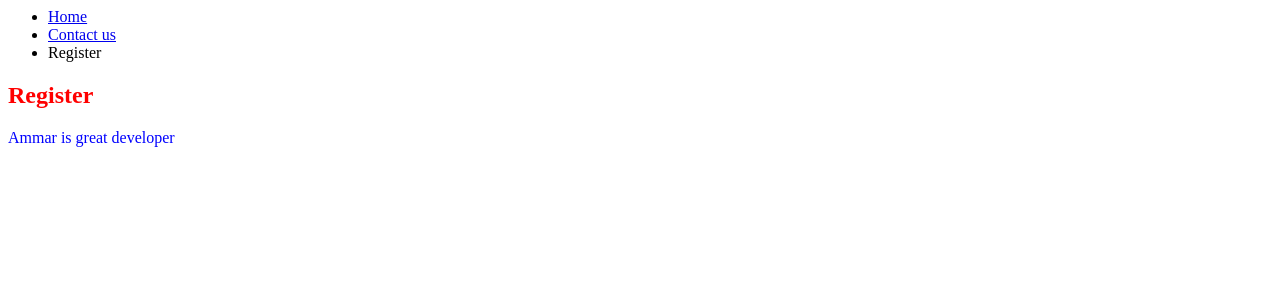
Repository: engammar111/css
Page: register.html
The author's editor kept a copy of each file at every save. The page is drawn from the files as they stood at one save, then again after the next save.
The browser window is 1280 px wide. The pictures show the whole page.

Above is the page before, as saved 2021-07-31 15:02:08.

### register.html
<html lang="en">
  <head>
    <link rel="stylesheet" type="text/css" href="style.css" />
    <title>css</title>
  </head>
  <body>
    <header>
      <nav>
        <ul>
          <li> <a href="index.html">Home</a> </li>
          <li><a href="contactus.html">Contact us</a></li>
          <li>Register</a></li>
        </ul>
      </nav>
    </header>
    <section>
      <h1>Register</h1>
      <p>Ammar is great developer</p>
    </section>
  </body>
</html>

### style.css
/* Selector {
    property : value;
} */

h1 {
  color: red;
}

p {
  color: green;
}
p {
  color: blue;
}

Loaded but not shown: style2.css (common file)

After the next save:
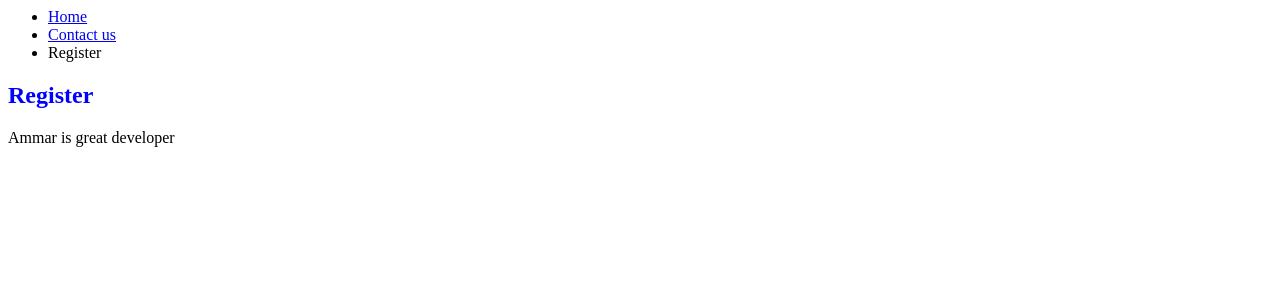
Saved 9 s later.
--- a/register.html
+++ b/register.html
@@ -1,6 +1,6 @@
 <html lang="en">
   <head>
-    <link rel="stylesheet" type="text/css" href="style.css" />
+    <link rel="stylesheet" type="text/css" href="style2.css" />
     <title>css</title>
   </head>
   <body>
